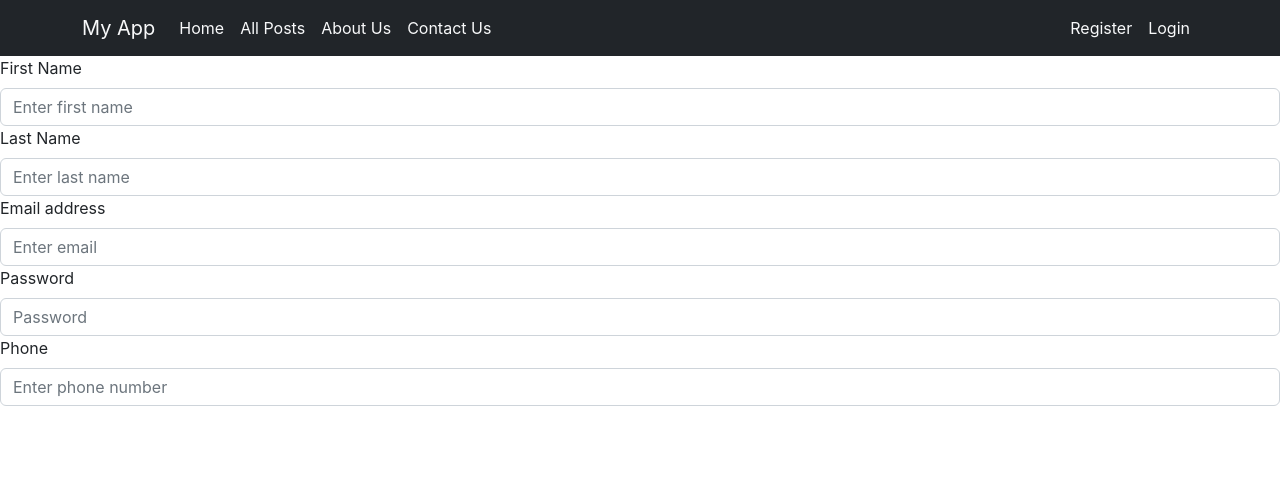
Repository: HiteshKumarMeghwar/react-redux-golang-mysql
Page: /register (app in react-redux/)
These files come from the project's save history. The page is drawn as it stood at one moment and after the next save; the edit follows.
The browser window is 1280 px wide. The pictures show the whole page.
Some web libraries are served in a nearby version. The project was rebuilt for these pictures with package versions that can differ from the ones it lists, and the page was loaded fresh each time. Also part of the build but not shown: react-redux/src/App.css, react-redux/src/components/Login.js, react-redux/src/components/Dashboard.js, react-redux/src/components/AllPosts.js, react-redux/src/components/AboutUs.js, react-redux/src/components/ContactUs.js.

Above is the page before, as saved 2023-03-15 11:24:24.

After the next save:
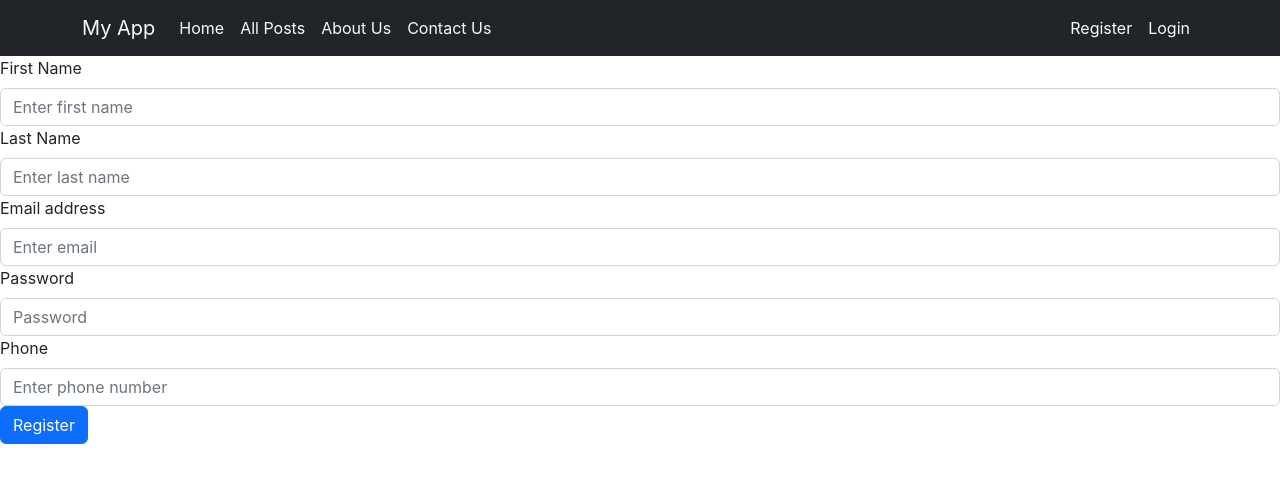
Saved 110 s later.
--- a/react-redux/src/components/Register.js
+++ b/react-redux/src/components/Register.js
@@ -109,6 +109,7 @@ const Register = () => {
             {errors.phone}
           </Form.Control.Feedback>
         </Form.Group>
+        <Button type='submit'>Register</Button>
       </Form>
     </>
   )
